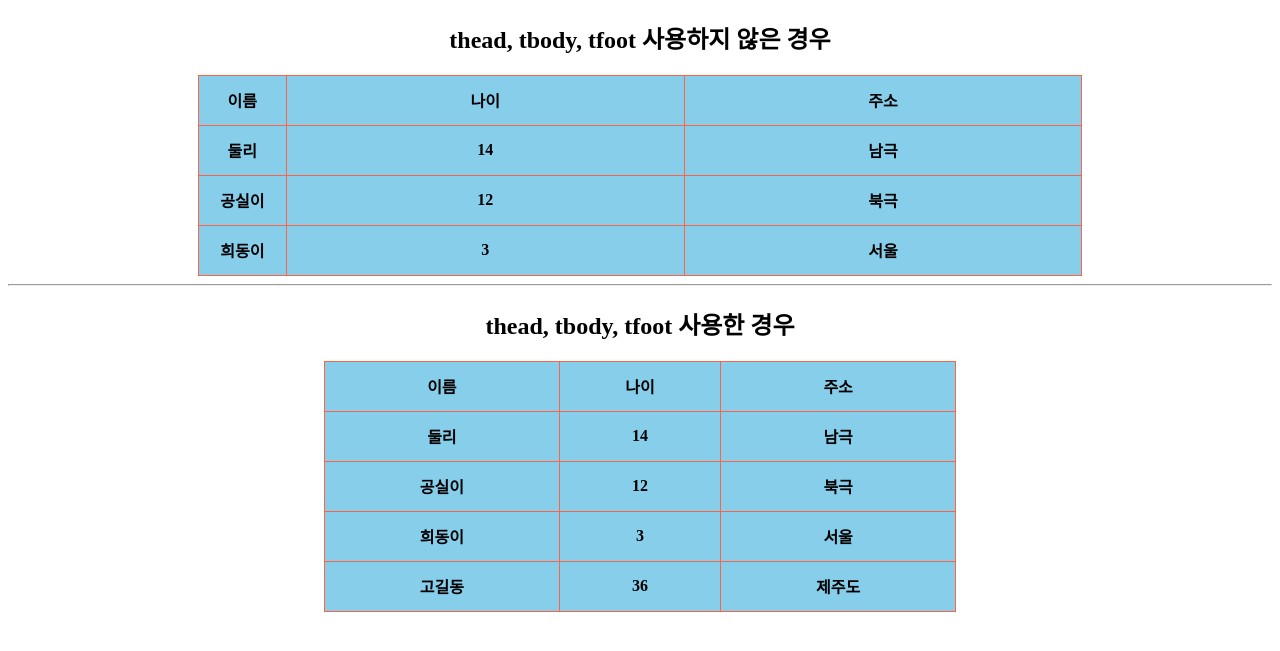
Repository: claddds/2023_webstudy
Page: 01_html/src/main/webapp/day02/ex09_table.html
The author's editor kept a copy of each file at every save. The page is drawn from the files as they stood at one save, then again after the next save.
The browser window is 1280 px wide. The pictures show the whole page.

Above is the page before, as saved 2023-06-20 04:19:12.

### 01_html/src/main/webapp/day02/ex09_table.html
<!DOCTYPE html>
<html>
<head>
<meta charset="UTF-8">
<title>table: 테이블(표)</title>
<style type="text/css">
	table {
		width: 50%;
		margin: 0 auto;
		/*border: 1px;*/
	}
	/* border 사용하기 */
	table,th,td{
		border:1px solid tomato;
		/*한줄 만들기*/
		border-collapse: collapse;
	}
	th{
		background-color: skyblue;
	}
	/*글자 가운데*/
	td{
		text-align: center;
	}
	/*행 높이*/
	tr{
		height: 50px;
	}
</style>
</head>
<body>
	<!--
		table 태그 안에 존재하는 태그들
		- thead 태그: 테이블의 머리글, 생략가능
		- tbody 태그: 테이블 본문
		- tfoot 태그: 테이블의 꼬리글, 생략가능


			-- tr 태그: 행
				--- th 태그: 행 안에 존재하는 컬럼(굵게, 가운데 정렬이 된다.)
				--- td 태그: 행 안에 존재하는 컬럼

				테이블 태그에 테두리를 지정하지 않으면 나타나지 않음
				보통 style을 지정해서 테이블 테두리를 만든다.
	-->
	<h2 style="text-align: center;">thead, tbody, tfoot 사용하지 않은 경우</h2>
	<!-- style="width: 70%" : 전체화면의 70% -->
	<!-- style="margin:0 auto" : 가운데 정렬 -->
	<table style="width: 70%; margin:0 auto" border="1px">
		<tr>
			<th style="width:10%">이름</th><th>나이</th><th>주소</th>
		</tr>
		<tr>
			<th>둘리</th><th>14</th><th>남극</th>
		</tr>
		<tr>
			<th>공실이</th><th>12</th><th>북극</th>
		</tr>
		<tr>
			<th>희동이</th><th>3</th><th>서울</th>
		</tr>
	</table>

	<hr>

	<h2 style="text-align: center;">thead, tbody, tfoot 사용한 경우</h2>
		<table>
			<thead>
				<tr><th>이름</th><th>나이</th><th>주소</th></tr>
			</thead>
			<tbody>
				<tr><th>둘리</th><th>14</th><th>남극</th></tr>
				<tr><th>공실이</th><th>12</th><th>북극</th></tr>
				<tr><th>희동이</th><th>3</th><th>서울</th></tr>
			</tbody>
			<tfoot>
				<tr><th>고길동</th><th>36</th><th>제주도</th></tr>
			</tfoot>
		</table>
</body>
</html>

After the next save:
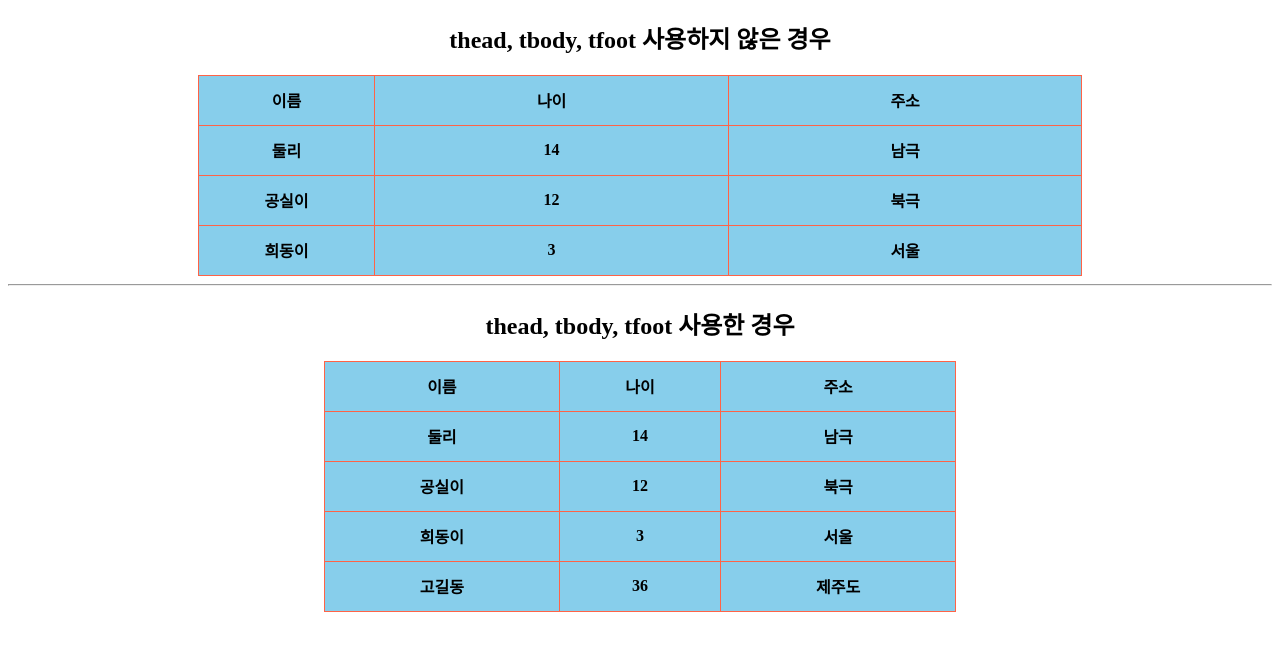
Saved 76 min 30 s later.
--- a/01_html/src/main/webapp/day02/ex09_table.html
+++ b/01_html/src/main/webapp/day02/ex09_table.html
@@ -48,7 +48,7 @@
 	<!-- style="margin:0 auto" : 가운데 정렬 -->
 	<table style="width: 70%; margin:0 auto" border="1px">
 		<tr>
-			<th style="width:10%">이름</th><th>나이</th><th>주소</th>
+			<th style="width:20%">이름</th><th>나이</th><th>주소</th>
 		</tr>
 		<tr>
 			<th>둘리</th><th>14</th><th>남극</th>
